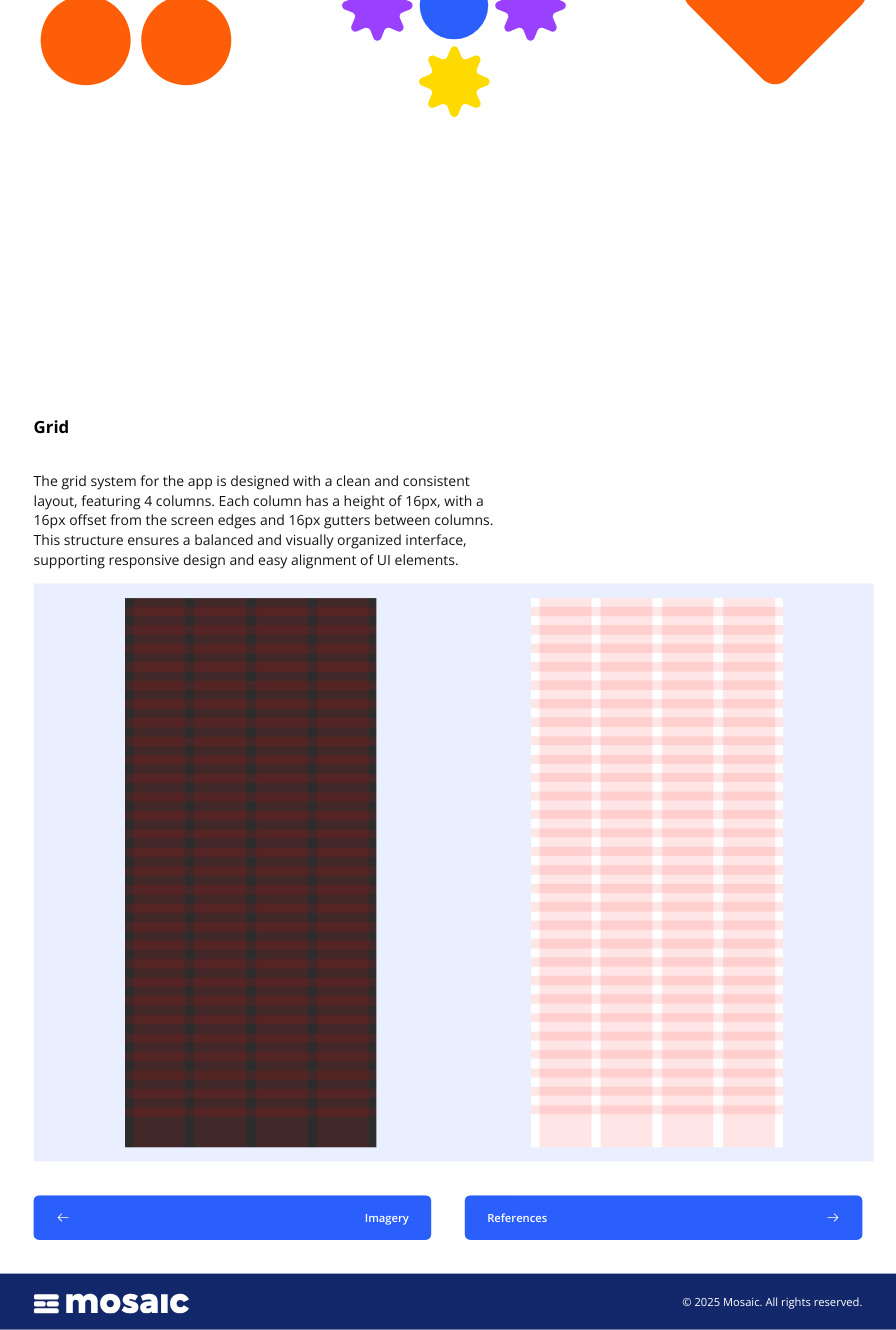
Repository: brunaguarizo/MDIA2109_Mosaic
Page: graphics.html
An editor plug-in stored every save of this project. The page is shown before and after the next save, followed by the edit.
The browser window is 1280 px wide. The pictures show the part of the page from y = 1228 to 3148 px (the page is 3128 px tall before and 3148 px after), at 70% of full size.

Above is the page before, as saved 2025-04-09 08:37:36.

After the next save:
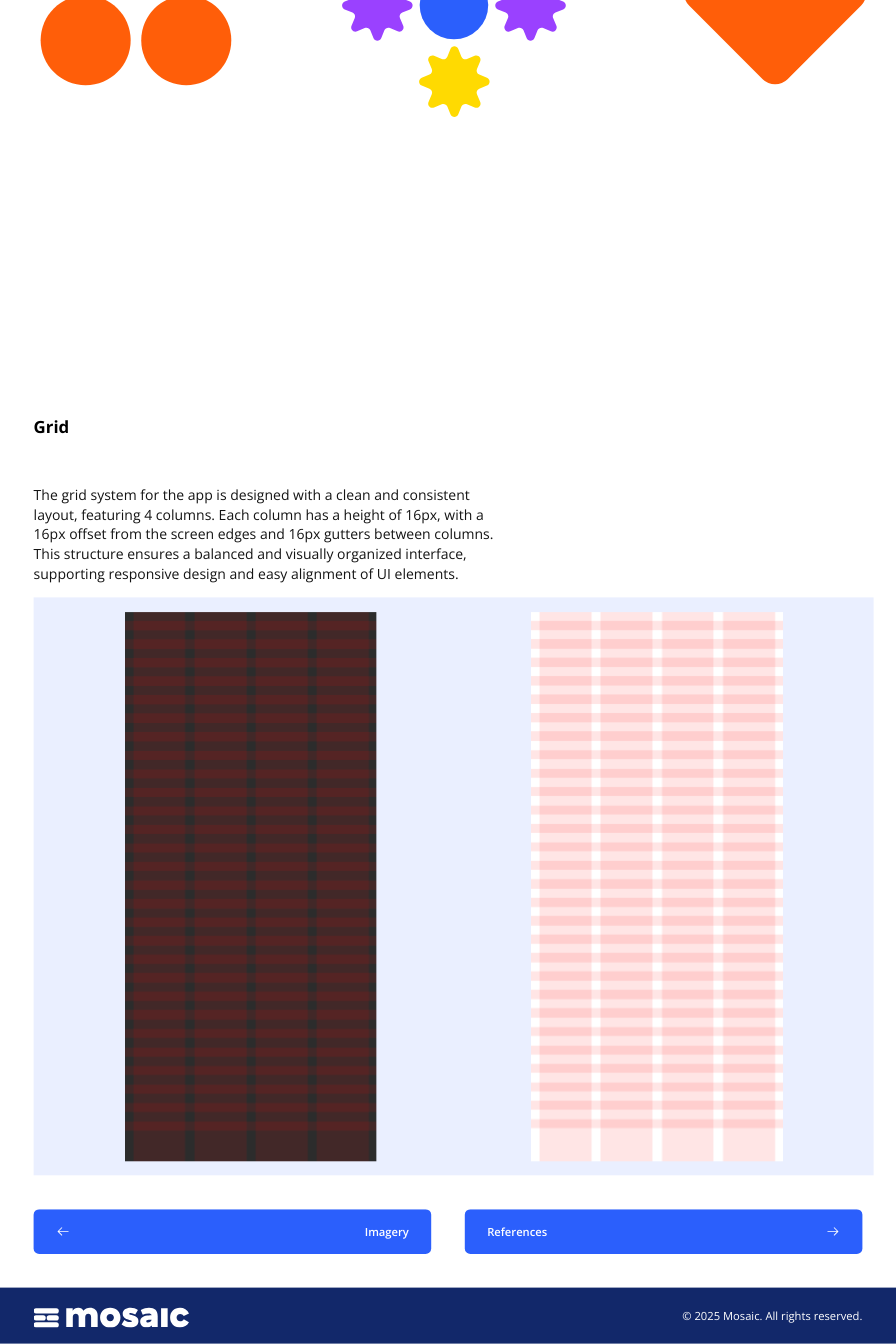
Saved 34 s later.
--- a/graphics.html
+++ b/graphics.html
@@ -59,7 +59,7 @@
                 </div>
             </div>
 
-            <div class="content-block__Grids">
+            <div class="graphics-block">
                 <h2 class="content-block-Grids_Header">Grid</h2>
                  <p class="text body-text">The grid system for the app is designed with a clean and consistent layout, featuring 4 columns. Each column has a height of 16px, with a 16px offset from the screen edges and 16px gutters between columns. This structure ensures a balanced and visually organized interface, supporting responsive design and easy alignment of UI elements.</p>
             </div>
